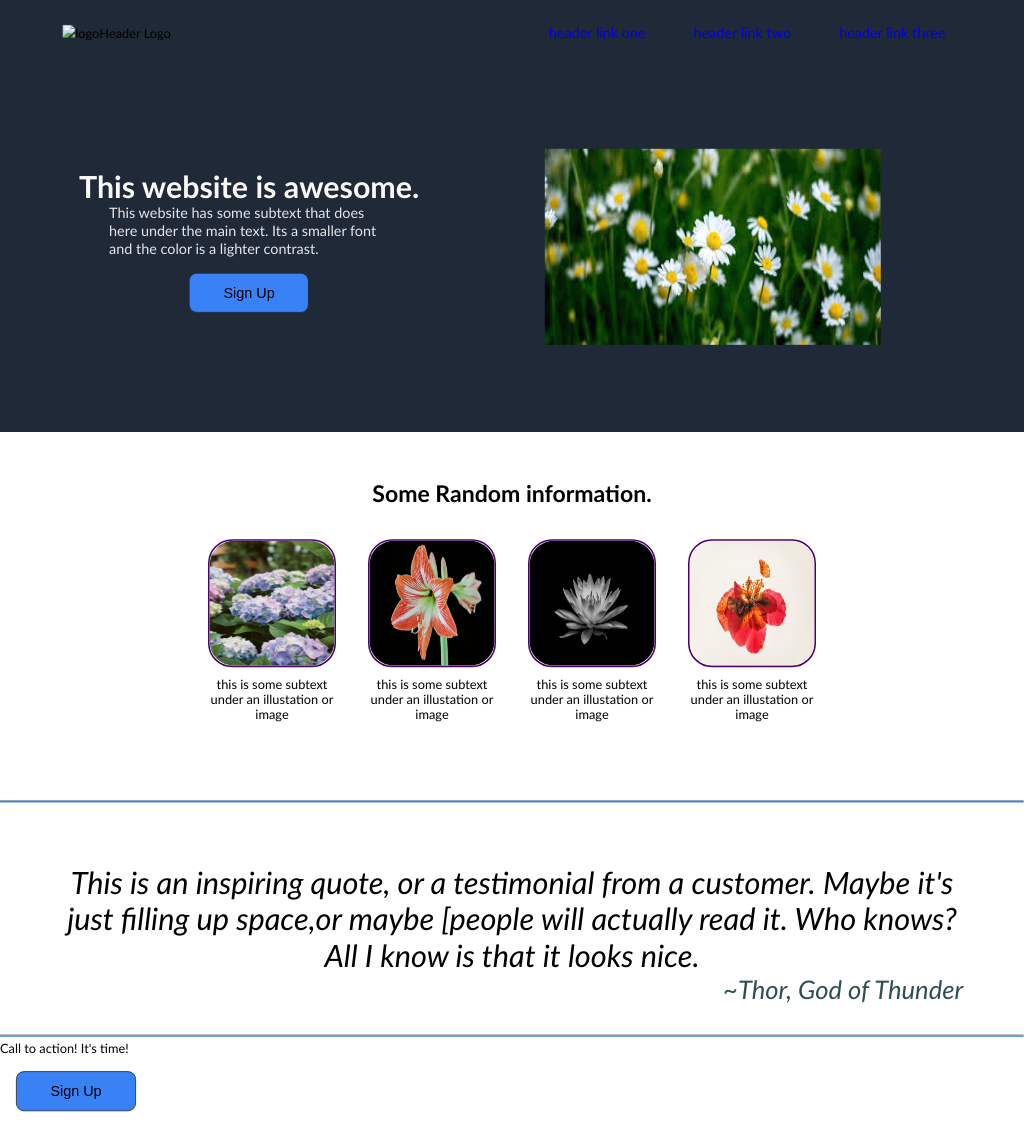
Repository: CassieHardluck/Landing-Page
Page: index.html
These files come from the project's save history. The page is drawn as it stood at one moment and after a run of saves; the edit follows.
The browser window is 1280 px wide. The pictures show the whole page, at 80% of full size.

Above is the page before, as saved 2024-06-02 03:05:52.

### index.html
<!DOCTYPE html>
  <html lang="en">
    <head>
      <meta charset="UTF-8">
      <meta name="viewport" content="width=device-width, initial-scale=1.0">
      <title>Landing Page - theodinproject</title>
      <link rel="stylesheet" href="styles.css">
    </head>
    <body>

      <!-- header -->
      <header id="head">

        <!-- logo -->
        <div class="img-div">
          <img class="logo-img" src="" alt="logo">Header Logo
        </div>

        <!-- spacer to help my flex items fall into place right -->
        <div class="head-spacer"></div>

        <!-- navigation -->
        <nav class="navbar">
          <ul class="nav-list">
            <li class="nav-item">
              <a class="nav-link" href="#hero">
                header link one
              </a>
            </li>
            <li class="nav-item">
              <a class="nav-link" href="#info">
                header link two
              </a>
            </li>
            <li class="nav-item">
              <a class="nav-link" href="#your_info">
                header link three
              </a>
            </li>
          </ul>
        </nav>

      </header>

      <!-- main  -->
      <main class="main">

        <!-- hero section -->
        <section id="hero">
          <div class="hero-text">
            <h1 class="main-text">This website is awesome.</h1>
            <p class="secondary-text">This website has some subtext that does here under the main text. Its a smaller font and the color is a lighter contrast.</p>
            <button class="sign-up two">Sign Up</button>
          </div>
          <div class="hero-img-div">
            <img class="hero-img" src="images/flowers-2.jpeg" alt="eye monster">
          </div>
        </section>

        <!-- information section -->
        <section id="info">
          <p class="info-text">Some Random information.</p>
          <div class="flex-container">
            <div class="info-img-div">
              <img class="info-img" src="./images/with-clouds.jpg" alt="">
              <p class="info-img-text">this is some subtext under an illustation or image</p>
            </div>
            <div class="info-img-div">
              <img class="info-img" src="./images/suki-lee.jpg" alt="">
              <p class="info-img-text">this is some subtext under an illustation or image</p>
            </div>
            <div class="info-img-div">
              <img class="info-img" src="./images/wildshots.jpg" alt="">
              <p class="info-img-text">this is some subtext under an illustation or image</p>
            </div>
            <div class="info-img-div">
              <img class="info-img" src="./images/red-flower.jpg" alt="">
              <p class="info-img-text">this is some subtext under an illustation or image</p>
            </div>
          </div>
        </section>
        <section id="quote">
          <hr>
          <blockquote class="quote-text">This is an inspiring quote, or a testimonial from a customer. Maybe it's just filling up space,or maybe [people will actually read it. Who knows? All I know is that it looks nice.<br> <span class="quote-author">~Thor, God of Thunder</span></blockquote>
          <hr>
        </section>
        <section id="your_info">
          <div class="sign-up-div">
            <p class="up-one">Call to action! It's time!</p>
            <p class="up-two"></p>
          </div>
          <div class="button btn-one">
            <button class="sign-up">Sign Up</button>
          </div>
        </section>
      </main>
      <footer id="foot">

      </footer>
    </body>
  </html>

### styles.css
:root {
  /* hero & footer */
  --background-color: #1f2937;
  /* main text color */
  --main-color: #f9faf8;
  /* secondary text color & header link */
  --second-color: #e7e5eb;
  /* button background color */
  --button-color: #3882f6;
  --info-color: #1f2937;


}

* {
  margin: 0;
  padding: 0;
  box-sizing: border-box;
}

html {
  font-family:'Trebuchet MS', 'Lucida Sans Unicode', 'Lucida Grande', 'Lucida Sans', Arial, sans-serif;
  font-size: 16px;
}


button {
  margin: 20px;
  width: 150px;
  height: 50px;
  border-radius: 10px;
  font-size: 18px;
  border: 1px solid var(--info-color);
  background-color: var(--button-color);
}

hr {
  border-bottom: 2px solid var(--button-color);
}


#head {
  display: flex;
  justify-content: space-around;
  background-color: var(--background-color);
  align-items: center;
  height: 75px;
  padding: 40px;
}

#hero {
  padding: 60px;
  background-color: var(--background-color);
  display: flex;
  height: 460px;
  justify-content: space-around;
  align-items: center;
}

#info {
  padding: 20px;
  height: 460px;
}

#quote {
  height: 300px;
  }

.logo-img {
  width: 70px;
  height: 70px;
}

.head-spacer {
  width: 300px;
}

.nav-list {
  gap: 20px;
  display: flex;
  justify-content: space-between;
}

.nav-item {
  padding: 0 10px;
  list-style-type: none;
}

.nav-link {
  padding: 0 10px;
  font-size: 18px;
  text-decoration: none;
}

.hero-text {
  display: flex;
  flex-direction: column;
  justify-content: center;
  align-items: center;
  padding: 20px;
}

.main-text {
  color: var(--main-color);
  font-size: 38px;
  padding: auto 0;
}

.secondary-text {
  width: 350px;
  /* padding: 15px 30px;
  margin: 10px 20px; */
  font-size: 18px;
  color: var(--second-color);
}

.hero-img-div {
  padding: 20px;
}

.hero-img {
  margin: 40px;
  padding: 40px;
  width: 500px;
  height: 325px;
}

.info-text {
  text-align: center;
  font-size: 1.8rem;
  font-weight: bold;
  padding: 20px;
  margin-top: 20px;
}

.flex-container {
  display: flex;
  justify-content: center;
  align-items: center;
}

.info-img-div {
  width: 160px;
  height: 160px;
  border-radius: 30px;
  border: 2px solid #4c006d;
  margin: 20px;
}

.info-img {
  border-radius: 30px;
  width: 100%;
  height: 100%;
}

.info-img-text {
  padding: 10px 0;
  text-align: center;
}


.quote-text {
  margin: 38px;
  padding: 38px;
  font-weight: 200;
  font-size: 2.4rem;
  text-align: center;
  font-style: italic;
}

.quote-author {
  color: darkslategray;
  float: right;
  font-size: smaller;
  margin-left: 20px;
  text-align: right;
}

After the next 2 saves:
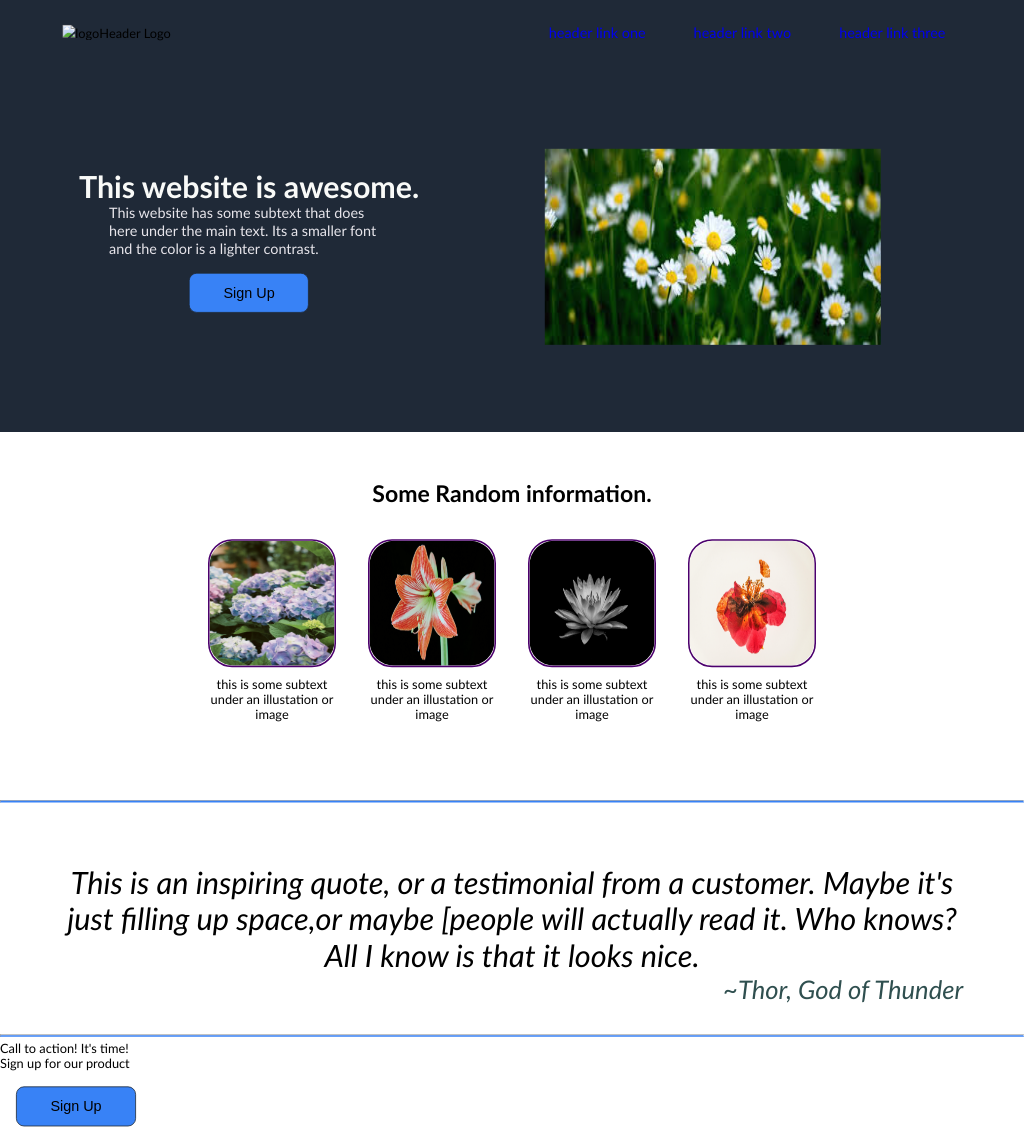
The 2 saves are shown as one change because they came seconds apart.
The last was saved 8 s later.
--- a/index.html
+++ b/index.html
@@ -87,7 +87,7 @@
         <section id="your_info">
           <div class="sign-up-div">
             <p class="up-one">Call to action! It's time!</p>
-            <p class="up-two"></p>
+            <p class="up-two">Sign up for our product</p>
           </div>
           <div class="button btn-one">
             <button class="sign-up">Sign Up</button>
